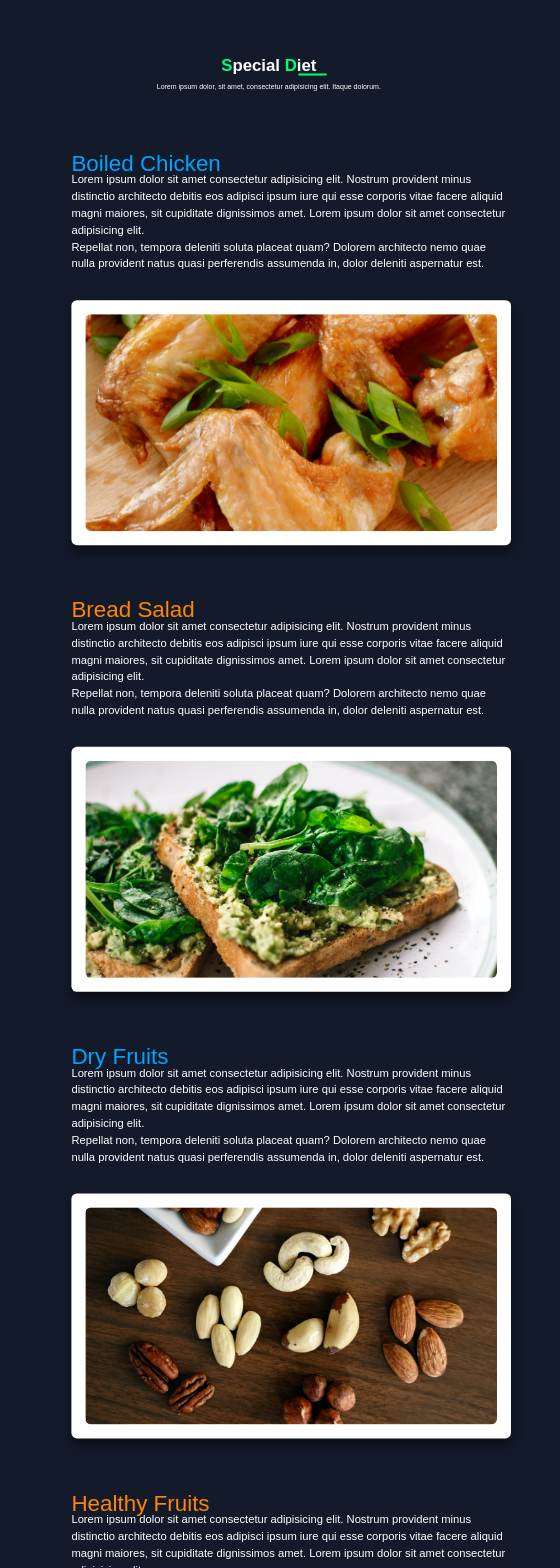
Repository: guilhermecardoso93/fitapex
Page: index.html
An editor plug-in stored every save of this project. The page is shown before and after the next save, followed by the edit.
The browser window is 768 px wide. The page is 800 px wide, so the pictures cover 800 px, including what lies to the right of the window. The pictures show the part of the page from y = 3837 to 6077 px (the page is 8911 px tall before and 8767 px after), at 70% of full size.

Above is the page before, as saved 2023-03-08 22:15:00.

After the next save:
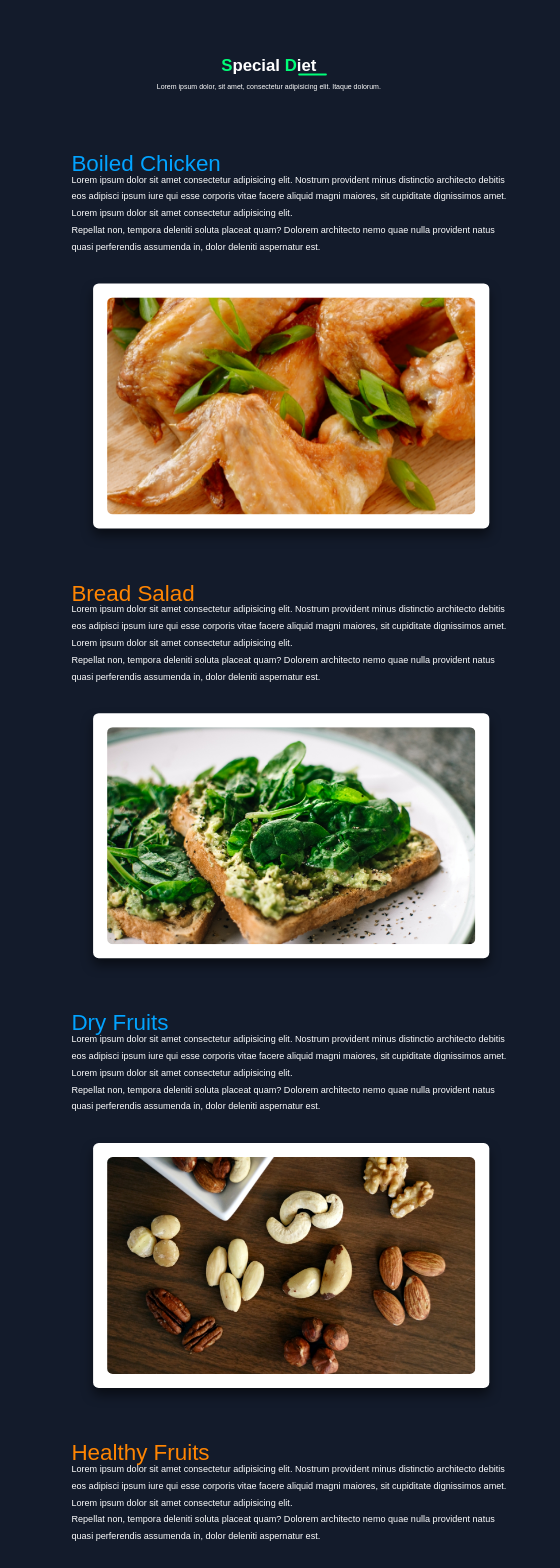
Saved 2 min 1 s later.
--- a/styles.css
+++ b/styles.css
@@ -31,8 +31,6 @@ body {
   min-height: 80vh;
   position: relative;
 }
-
-
 
 // Responsive
 @media (max-width: 767px) {
@@ -143,4 +141,13 @@ body {
   .diet .content .row:nth-child(odd) .a {
     order: 0;
   }
+
+  .diet .content .row .cols p {
+    font-size: 13px;
+  }
+
+  .diet .content .row .cols .boxes {
+    width: 90%;
+    margin: auto;
+  }
 }
